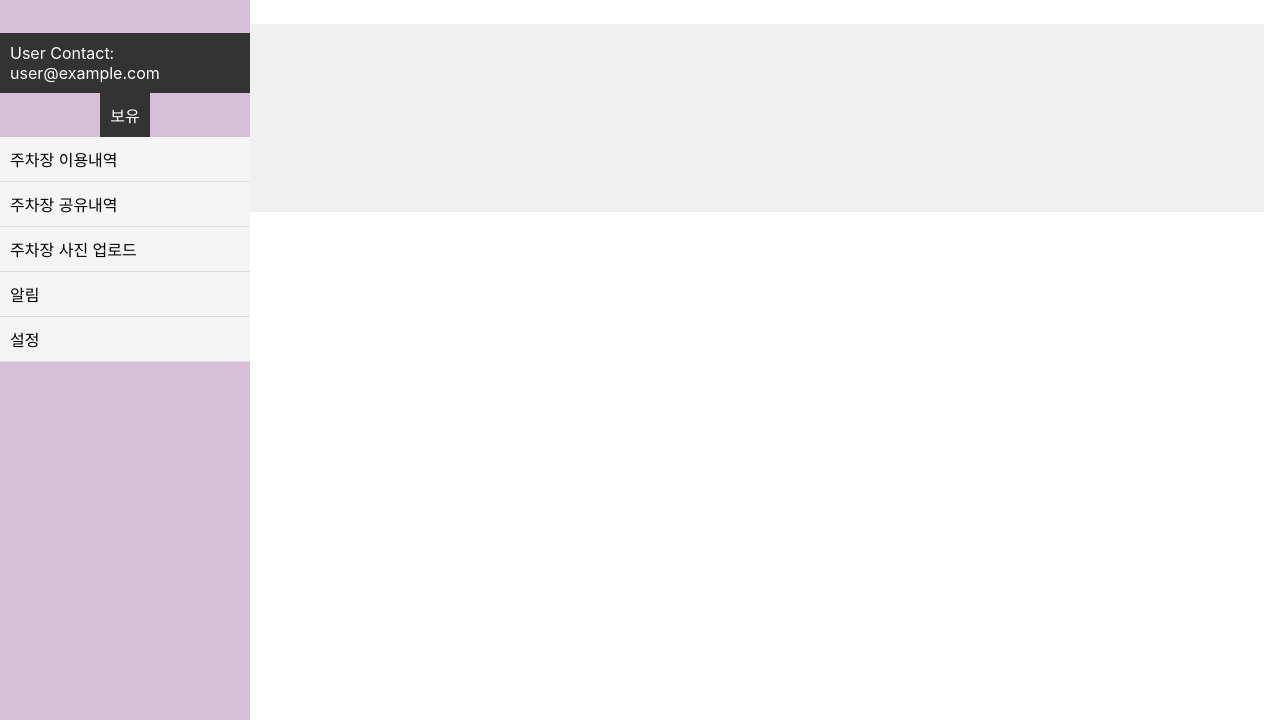
Repository: ohjjoa/reactTest
Page: /, after clicking the first element matching `img`
An editor plug-in stored every save of this project. The page is shown before and after the next save, followed by the edit.
The browser window is 1280 px wide. The pictures show the whole page.
The project was rebuilt for these pictures with package versions that can differ from the ones it lists, and the page was loaded fresh each time.

Above is the page before, as saved 2024-08-02 05:15:54.

### src/App.tsx
import { BrowserRouter as Router, Route, Routes } from 'react-router-dom';
import Home from './pages/Home';

function App() {
  return (
    <Router>
      <Routes>
        <Route path="/" element={<Home />} />
        {/* 다른 Route 추가 가능 */}
      </Routes>
    </Router>
  );
}

export default App;

### src/pages/Home/index.tsx
import React, { useState, useRef, useEffect } from 'react';
import { FixedSizeList as List } from 'react-window';
import { TestContainer, Sidebar, SidebarOpen } from './styles';
import icBurger from '../../assets/ic_burger.svg';

// 리스트 항목의 데이터
// const items = new Array(5).fill(null).map((_, index) => `Item ${index + 1}`);
// 리스트 항목의 데이터
const items = [
  '주차장 이용내역',
  '주차장 공유내역',
  '주차장 사진 업로드',
  '알림',
  '설정'
];

const Home = () => {
  const [sideBarOpen, setSideBarOpen] = useState(false);
  const sidebarRef = useRef<HTMLDivElement>(null);
  const backgroundRef = useRef<HTMLDivElement>(null);

  const burgerClick = () => {
    setSideBarOpen(!sideBarOpen);
  };

  const handleClickOutside = (event: MouseEvent | TouchEvent) => {
    if (
      sidebarRef.current &&
      !sidebarRef.current.contains(event.target as Node) &&
      backgroundRef.current &&
      !backgroundRef.current.contains(event.target as Node)
    ) {
      setSideBarOpen(false);
    }
  };

  useEffect(() => {
    const handleContextMenu = (event: MouseEvent) => {
      event.preventDefault(); // 기본 우클릭 메뉴 막기
      event.stopPropagation(); // 이벤트 전파 막기
      return false;
    };

    window.addEventListener('contextmenu', handleContextMenu);
    // 데스크탑 환경
    document.addEventListener('mousedown', handleClickOutside);
    // 모바일 환경
    document.addEventListener('touchstart', handleClickOutside);

    return () => {
      window.removeEventListener('contextmenu', handleContextMenu);
      document.removeEventListener('mousedown', handleClickOutside);
      document.removeEventListener('touchstart', handleClickOutside);
    };
  }, []);

  // 사이드바 아이템 렌더링
  const Row = ({ index, style }: { index: number; style: React.CSSProperties }) => (
    <div
    style={{
      backgroundColor: '#f5f5f5', // 아이템의 배경 색상
      padding: '10px', // 아이템의 패딩
      borderBottom: '1px solid #ddd', // 아이템 하단의 경계선 (선택 사항)
      boxSizing: 'border-box', // 패딩과 경계선이 요소의 전체 크기에 포함되도록
      color: '#000000'
    }}
  >
    {items[index]}
    </div>
  );

  return (
    <div ref={backgroundRef}>
      <TestContainer>
        <img
          src={icBurger}
          alt="Burger Icon"
          style={{
            maxWidth: '100%',
            height: 'auto',
            cursor: 'pointer',
            marginTop: '50px',
          }}
          onClick={burgerClick} // 클릭 이벤트로 사이드바 열기/닫기 처리
        />
      </TestContainer>

      {sideBarOpen && (
        <SidebarOpen ref={sidebarRef}
        style={{ display: 'flex', flexDirection: 'column', width: '250' }}>
          <div style={{ padding: '10px', backgroundColor: '#333', color: '#fff' }}>
            User Contact: user@example.com
          </div>
          <div style={{ padding: '10px', backgroundColor: '#333', color: '#fff'}}>
            보유
          </div>
          <List
            height={550} // 사이드바의 높이에서 연락처의 높이를 제외한 값
            itemCount={items.length} // 아이템 수
            itemSize={50} // 아이템의 높이
            width={250} // 사이드바의 너비
          >
            {Row}
          </List>
        </SidebarOpen>
      )}
      {!sideBarOpen && (
        <Sidebar ref={sidebarRef}>
          <div>Sidebar Content</div>
        </Sidebar>
      )}
    </div>
  );
};

export default Home;

### src/pages/Home/styles.tsx
import { styled } from '@stitches/react';

const TestContainer = styled('div', {
  paddingLeft: '16px',
  paddingRight: '16px',
  marginTop: '24px',
  paddingBottom: '110px',
  backgroundColor: '#f0f0f0',
  marginLeft: '16px',
  marginRight: '16px',
});

const Sidebar = styled('div', {
  position: 'fixed',
  top: 0,
  left: '-250px', // 사이드바가 화면 밖으로 숨겨져 있도록 설정
  width: '250px',
  height: '100%',
  backgroundColor: '#D8BFD8',
  color: 'white',
  transition: 'left 0.3s ease', // 애니메이션 효과
  display: 'flex',
  alignItems: 'center',
  justifyContent: 'center',
  zIndex: 1000, // 사이드바가 다른 요소 위에 오도록 설정
});

const SidebarOpen = styled(Sidebar, {
  left: 0, // 사이드바가 화면에 보이도록 설정
});


export { TestContainer, Sidebar, SidebarOpen };

Loaded but not shown: public/index.html (common file); src/index.tsx (common file); src/index.css (common file); src/reportWebVitals.ts (common file)

After the next save:
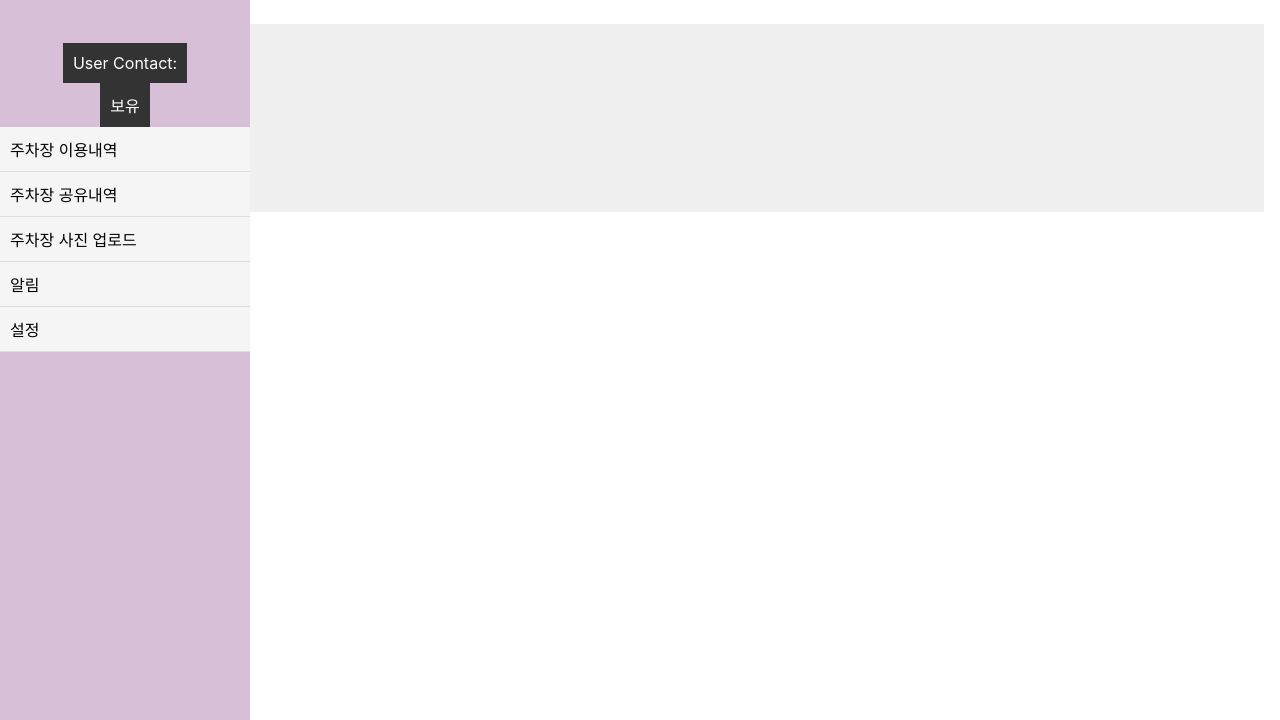
Saved 12 s later.
--- a/src/pages/Home/index.tsx
+++ b/src/pages/Home/index.tsx
@@ -89,7 +89,7 @@ const Home = () => {
         <SidebarOpen ref={sidebarRef}
         style={{ display: 'flex', flexDirection: 'column', width: '250' }}>
           <div style={{ padding: '10px', backgroundColor: '#333', color: '#fff' }}>
-            User Contact: user@example.com
+            User Contact:
           </div>
           <div style={{ padding: '10px', backgroundColor: '#333', color: '#fff'}}>
             보유
